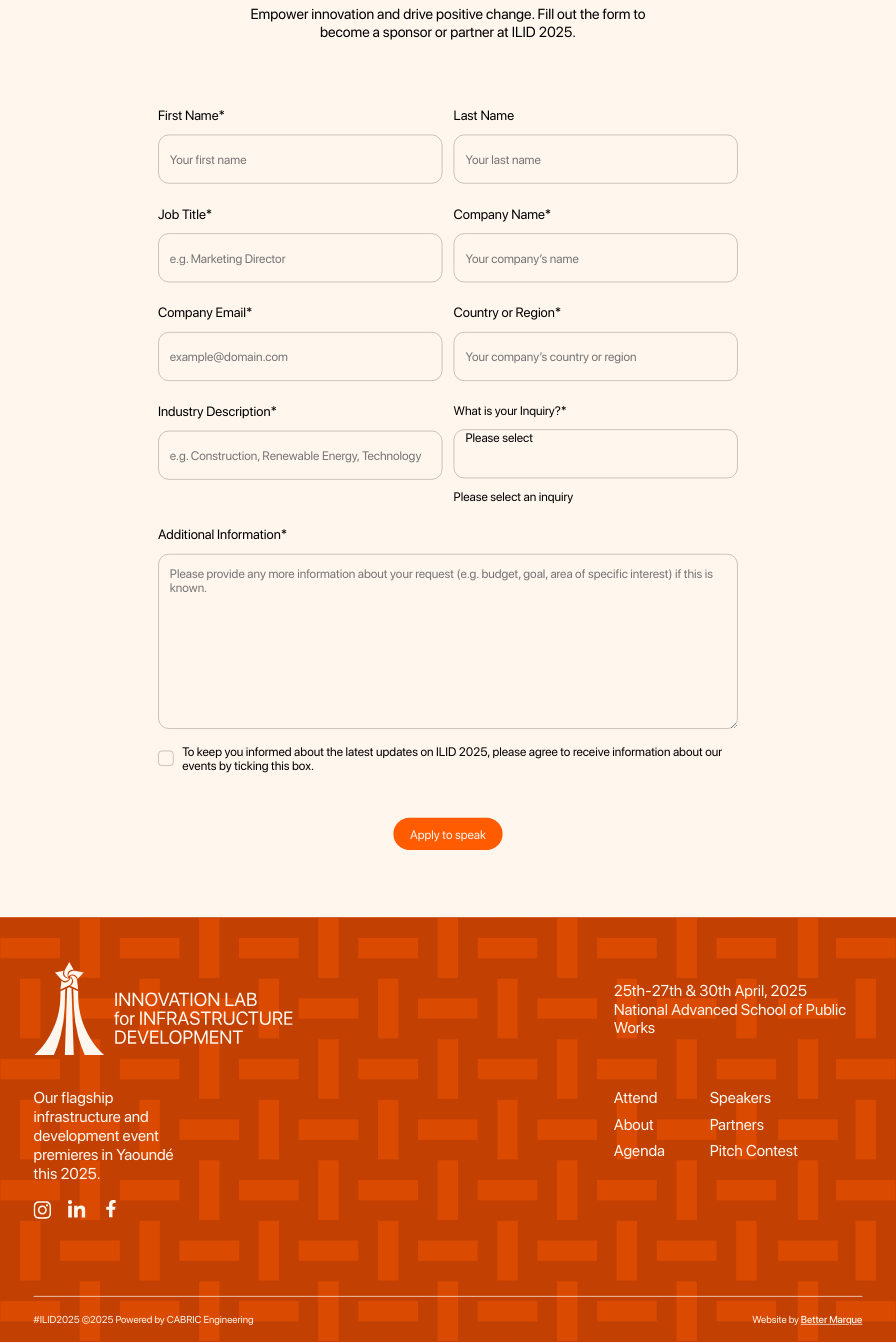
Repository: ilidevent/ilidwebsite
Page: /partners
The author's editor kept a copy of each file at every save. The page is drawn from the files as they stood at one save, then again after a run of saves.
The browser window is 1280 px wide. The pictures show the part of the page from y = 875 to 2795 px (the page is 2793 px tall before and 2795 px after), at 70% of full size.
The project was rebuilt for these pictures with package versions that can differ from the ones it lists, and the page was loaded fresh each time. The framework's server and built-in components were replaced by stand-ins that run in the browser. Also part of the build but not shown: next.config.ts, components/ReUsables/ButtonTwo.tsx, styles/ReUsables/aboutboxwrapper.module.scss, components/ReUsables/TextEmail.tsx, styles/ReUsables/sloganbanner.module.scss, components/ReUsables/SloganBanner.tsx, styles/ReUsables/paddingtop.module.scss, components/ReUsables/PaddingTop.tsx and 43 more.

Above is the page before, as saved 2025-03-17 12:25:09.

After the next 2 saves:
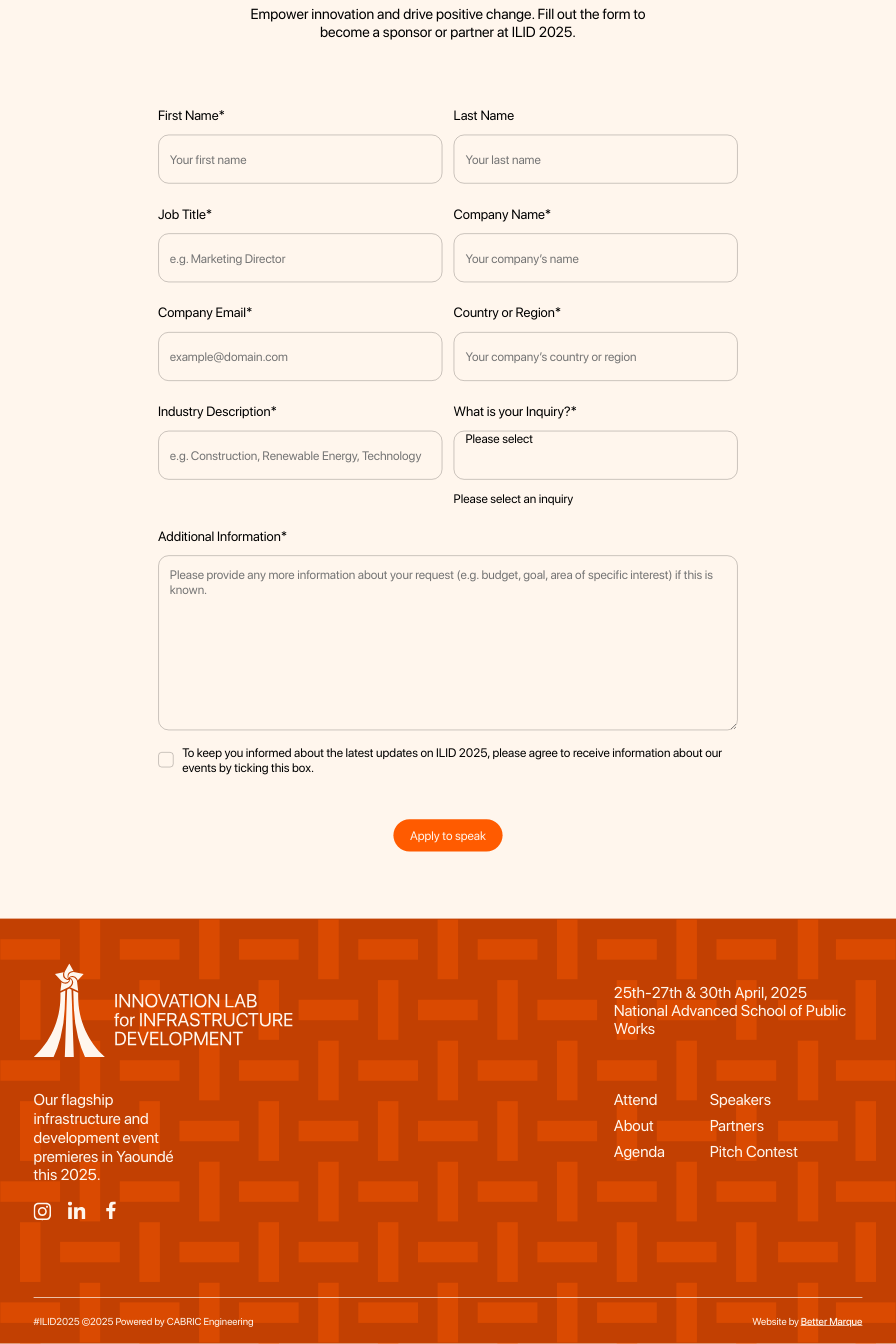
The 2 saves are shown as one change because they came seconds apart.
The last was saved 15 s later.
--- a/styles/ReUsables/formselector.module.scss
+++ b/styles/ReUsables/formselector.module.scss
@@ -5,6 +5,11 @@
   flex-direction: column;
   gap: 1rem;
   position: relative;
+}
+
+.flabel{
+  font-size: calc(var(--normal-font-size) + 0.1rem);
+  text-transform: none;
 }
 
 .finput {
